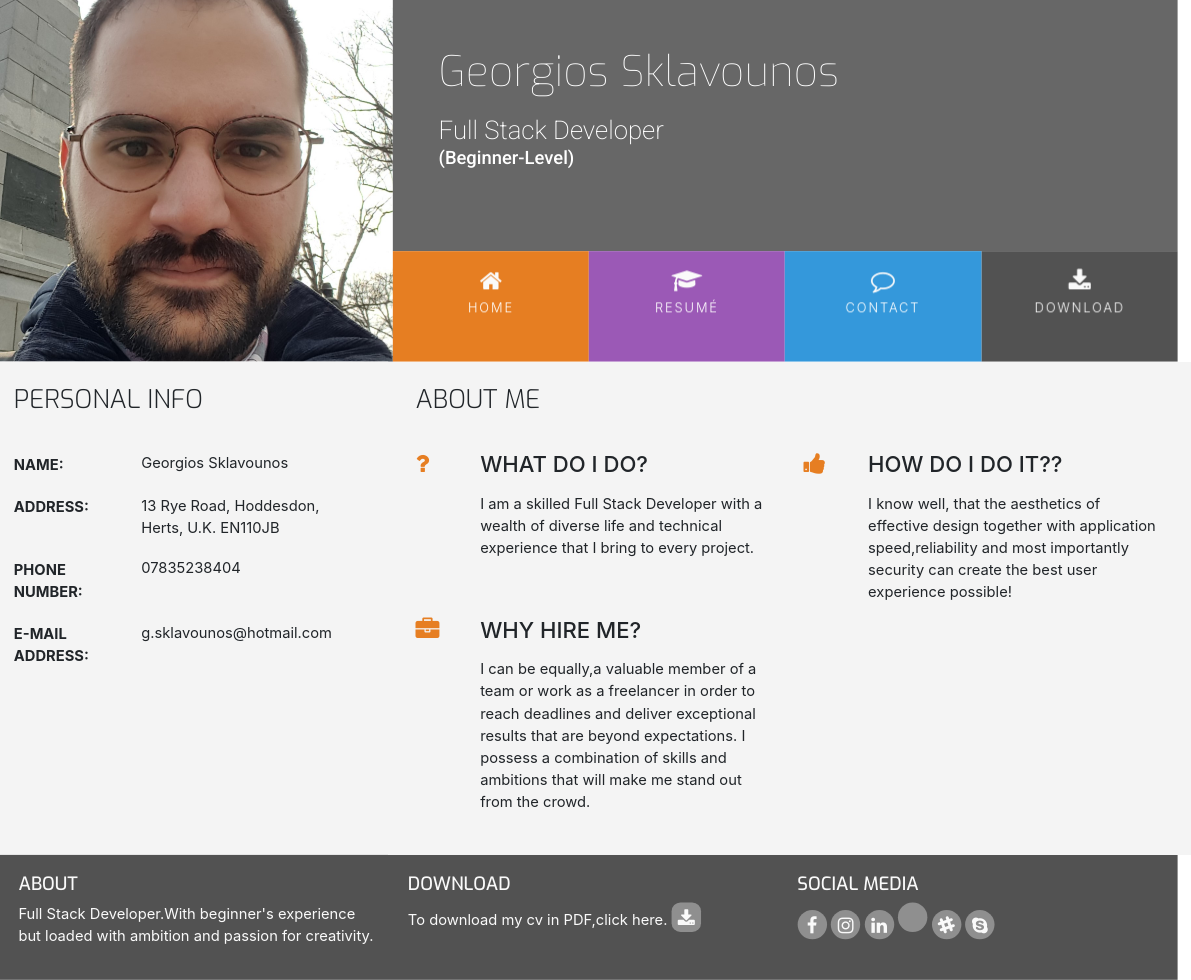
Repository: GeorgiosSklav/MyResume
Page: index.html
The author's editor kept a record of every edit. The page is drawn from the files as they stood at one moment, then again after the next edit.
The browser window is 1280 px wide. The page is 1295 px wide, so the pictures cover 1295 px, including what lies to the right of the window. The pictures show the whole page, at 92% of full size.

Above is the page before.

### index.html
<!DOCTYPE html>
<html lang="en">

<head>
    <meta charset="UTF-8">
    <meta name="viewport" content="width=device-width, initial-scale=1.0">
    <meta http-equiv="X-UA-Compatible" content="ie=edge">
    <link rel="stylesheet" href="https://stackpath.bootstrapcdn.com/bootstrap/4.3.1/css/bootstrap.min.css" type="text/css" />
    <link rel="stylesheet" href="https://stackpath.bootstrapcdn.com/font-awesome/4.7.0/css/font-awesome.min.css" type="text/css" />
    <link rel="stylesheet" href="assets/css/style.css" type="text/css" />
    <link rel="stylesheet" href="https://cdnjs.cloudflare.com/ajax/libs/hover.css/2.3.1/css/hover-min.css" type="text/css" />
    <title>Georgios Sklavounos resume</title>
</head>

<body>
    <header>
        <div class="row no-gutters">
            <a href="index.html" class="col-md-4 logo">

            </a>
            <div class="col-md-8">
                <div class="row no-gutters bg-color-name-title">
                    <div class="col heading">
                        <h1 class="name">Georgios Sklavounos</h1>
                        <h2 class="title">Full Stack Developer<span><h5>(Beginner-Level)</h5></span></h2>
                    </div>
                </div>
                <div class="row no-gutters">
                    <div class="col">
                        <ul id="nav" class="list-inline menucontainer">
                            <li class="col-6 col-sm-3 color-home list-inline-item menu-item">
                                <a href="index.html" class="hvr-sweep-to-right"><i class="fa fa-home" aria-hidden="true"></i><span>Home</span></a>
                            </li>
                            <li class="col-6 col-sm-3 color-resume list-inline-item menu-item">
                                <a href="resume.html" class="hvr-sweep-to-left"><i class="fa fa-graduation-cap" aria-hidden="true"></i><span>Resumé</span></a>
                            </li>
                            <li class="col-6 col-sm-3 color-contact list-inline-item menu-item">
                                <a href="contact.html" class="hvr-sweep-to-right"><i class="fa fa-comment-o" aria-hidden="true"></i><span>Contact</span></a>
                            </li>
                            <li class="col-6 col-sm-3 color-download list-inline-item menu-item">
                                <a href="assets/cv/cv2019.pdf" target="_bla" class="hvr-sweep-to-left"><i class="fa fa-download" aria-hidden="true"></i><span>Download</span></a>
                            </li>
                        </ul>
                    </div>
                </div>
            </div>
    </header>
    <setion class="container-fluid">
        <div class="row">
            <div class="col-md-4 bg-color-personal-info section-column">
                <div class="row">
                    <div class="col-12">
                        <h3 class="section-heading uppercase">Personal Info</h3>
                    </div>
                </div>
                <div class="personal-info-item">
                    <div class="key">
                        <p class="uppercase">Name:</p>
                    </div>
                    <div class="value">
                        <p>Georgios Sklavounos</p>
                    </div>
                </div>
                <div class="personal-info-item">
                    <div class="key">
                        <p class="uppercase">Address:</p>
                    </div>
                    <div class="value">
                        <p>13 Rye Road, Hoddesdon, Herts, U.K. EN110JB</p>
                    </div>
                </div>
                 <div class="personal-info-item">
                    <div class="key">
                        <p class="uppercase">Phone Number:</p>
                    </div>
                    <div class="value">
                        <p>07835238404</p>
                    </div>
                </div>
                 <div class="personal-info-item">
                    <div class="key">
                        <p class="uppercase">E-mail address:</p>
                    </div>
                    <div class="value">
                        <p>g.sklavounos@hotmail.com</p>
                    </div>
                </div>
            </div>
            <div class="col-md-8 bg-color-three-reasons section-column">
                <div class="row">
                    <div class="col">
                        <h3 class="section-heading uppercase">About Me</h3>
                    </div>
                </div>
                <div class="row">
                    <div class="col-10 offset-1 offset-sm-0 col-sm-4 col-md-6">
                        <div class="row">
                            <div class="col-2">
                                <i class="three-reasons-icon fa fa-question" aria-hidden="true"></i>
                            </div>
                            <div class="col-10">
                                <h4 class="three-reason-heading uppercase">What do I do?</h4>
                                <p>I am a skilled Full Stack Developer with a wealth of diverse life and technical experience that I bring to every project.</p>
                            </div>
                        </div>
                    </div>
                    <div class="col-10 offset-1 offset-sm-0 col-sm-4 col-md-6">
                        <div class="row">
                            <div class="col-2">
                                <i class="three-reasons-icon fa fa-thumbs-up" aria-hidden="true"></i>
                            </div>
                            <div class="col-10">
                                <h4 class="three-reason-heading uppercase">How do I do it??</h4>
                                <p>I know well, that the aesthetics of effective design together with application speed,reliability and most importantly security can create the best user experience possible!</p>
                            </div>
                        </div>
                    </div>
                    <div class="col-10 offset-1 offset-sm-0 col-sm-4 col-md-6">
                        <div class="row">
                            <div class="col-2">
                                <i class="three-reasons-icon fa fa-briefcase" aria-hidden="true"></i>
                            </div>
                            <div class="col-10">
                                <h4 class="three-reason-heading uppercase">Why hire me?</h4>
                                <p>I can be equally,a valuable member of a team or work as a freelancer in order to reach deadlines and deliver exceptional results that are beyond expectations. I possess a combination of skills and ambitions that will make
                                    me stand out from the crowd.</p>
                            </div>
                        </div>
                    </div>
                </div>
            </div>
        </div>
    </setion>
    <footer class="container-fluid">
        <div class="row" id="footer-details">
            <div class="col-sm-4">
                <h5 class="uppercase general-sub">About</h5>
                <p class="inline-block">
                    Full Stack Developer.With beginner's experience but loaded with ambition and passion for creativity.
                </p>
            </div>
            <div class="col-sm-4">
                <h5 class="uppercase general-sub">Download</h5>
                <p class="inline-block">
                    To download my cv in PDF,click here.
                    <a href="assets/cv/cv2019.pdf" target="_blank" class="cv-pdf">
                        <i class="fa fa-download" aria-hidden="true"></i>
                        <span class="sr-only">Download icon.</span>
                    </a>
                </p>
            </div>
            <div class="col-sm-4">
                <h5 class="uppercase general-sub">Social Media</h5>
                <ul class="list-inline social-links">
                    <li class="list-inline-item">
                        <a target="_blank" href="http://facebook.com/George.Sklavounos">
                            <i class="fa fa-facebook"></i>
                            <span class="sr-only">Facebook</span>
                        </a>
                    </li>
                    <li class="list-inline-item">
                        <a target="_blank" href="https://www.instagram.com/accounts/login/?next=%2Fgeorge.sklav%2F&source=follow">
                            <i class="fa fa-instagram"></i>
                            <span class="sr-only">Instagram</span>
                        </a>
                    </li>
                    <li class="list-inline-item">
                        <a target="_blank" href="https://www.linkedin.com/in/george-sklavounos/">
                            <i class="fa fa-linkedin"></i>
                            <span class="sr-only">Linked-In</span>
                        </a>
                    </li>
                    <li class="list-inline-item">
                        <a target="_blank" href="https://www.linkedin.com/in/george-sklavounos/">
                            <i class="fa fa-git-hub"></i>
                            <span class="sr-only">GitHub</span>
                        </a>
                    </li>
                    <li class="list-inline-item">
                        <a target="_blank" href="https://app.slack.com/client/T0L30B202/DM2THR46Q/user_profile/ULRV111M0">
                            <i class="fa fa-slack"></i>
                            <span class="sr-only">Slack</span>
                        </a>
                    </li>
                    <li class="list-inline-item">
                        <a target="_blank" href="https://join.skype.com/invite/bTDV2cszpnzZ">
                            <i class="fa fa-skype"></i>
                            <span class="sr-only">Skype</span>
                        </a>
                    </li>
                </ul>
            </div>
        </div>
    </footer>
</body>

</html>

### assets/css/style.css
@import url('https://fonts.googleapis.com/css?family=Roboto:100,200,300,400,500,600,700|Exo:100,200,300,400,500,600,700');



/*-------------------------colours*/

.bg-color-name-title {
    background-color: #676767;
}

.color-home {
    background-color: #e67e22;
}

.color-resume {
    background-color: #9b59b6;
}

.color-contact {
    background-color: #3498db;
}

.color-download {
    background-color: #525252;
}

.bg-color-three-reasons {
    background-color: #f4f4f4;
}

.bg-color-personal-info {
    background-color: #f4f4f4;
}

.bg-color-work-history {
    background-color: #9b59b6;
}

.bg-color-contact {
    background-color: #fff;
}


/*---------------------------------Paddings,texts,etc*/

h1,
h2,
h3,
h4 {
    margin: 0;
}

.uppercase {
    text-transform: uppercase;
}

.general-sub {
    font-family: "Exo", sans-serif;
    color: #fafafa;
}

.inline-block {
    display: inline-block;
}

.row-table {
    display: table;
}

.section-column {
    display: table-cell;
    padding: 0 30px 30px;
    float: none;
}

.history-heading,
.section-heading {
    font-family: "Exo", sans-serif;
    font-weight: 300;
    margin-top: 25px;
    margin-bottom: 40px;
}

/*----------------------Container-fluid*/

.container-fluid {
    width: 100%;
    padding: 0;
    padding-bottom: 0;
    margin-right: auto;
    margin-left: auto;
}

/*----------------------heading*/

header {
    margin: 0;
}

.heading {
    margin-left: 50px;
}

.logo {
    background: url("../images/pic2.jpg");
    background-position: center;
    background-repeat: no-repeat;
    background-size: cover;
    min-height: 360px;
    transition: all 0.5s ease-in-out;
    -moz-transition: all 0.5s ease-in-out;
    -webkit-transition: all 0.5s ease-in-out;

}

.name {
    font-family: "Exo", sans-serif;
    font-weight: 100;
    font-size: 46px;
    margin-top: 50px;
    color: #fff;
}

.title {
    font-family: "Roboto", sans-serif;
    font-weight: 200;
    font-size: 28px;
    margin-top: 20px;
    margin-bottom: 90px;
    color: #fff;
}

.list-inline-item:not(:last-child) {
    margin: 0;
}

.menucontainer {
    font-size: 0;
}

#nav {
    margin: 0;
}

#nav li {
    font-size: 14px;
    padding: 0;
}

.menu-item {
    height: 120px;
    text-align: center;
    padding: 0;
}

.menu-item a {
    width: 100%;
    text-decoration: none;
    color: #fff;
    height: 120px;
}

.menu-item a i {
    padding-top: 20px;
    display: block;
    color: #fafafa;
    font-size: 26px;
}

.menu-item span {
    display: block;
    width: 100%;
    padding-top: 5px;
    text-align: center;
    text-transform: uppercase;
    font-size: 14px;
    font-weight: 300;
    letter-spacing: 2px;
}

/*--------------------------hover style*/

.hvr-sweep-to-right:before {
    background: rgb(0, 0, 0);
    height: 120px;
}

.hvr-sweep-to-left:before {
    background: rgba(0, 0, 0, 0.2);
    height: 120px;
}

/*---------------------------------footer*/

footer {
    background-color: #525252;
    color: #fafafa;
    min-height: 120px;
    margin: 0;
}

.social-links i {
    width: 32px;
    height: 32px;
    padding: 12px 0;
    border-radius: 50%;
    font-size: 20px;
    line-height: 10px;
    text-align: center;
    color: #fafafa;
    background: #8f8f8f;
    transition: all 0.35s ease-in-out;
    -moz-transition: all 0.35s ease-in-out;
    -o-transition: all 0.35s ease-in-out;
    -webkit-transition: all 0.35s ease-in-out;

}

.cv-pdf i {
    /*font-size: 19px;
    text-align: center;
    color: #fafafa;
    padding-left: 5px;
    transition: all 0.35s ease-in-out;
    -moz-transition: all 0.35s ease-in-out;
    -o-transition: all 0.35s ease-in-out;
    -webkit-transition: all 0.35s ease-in-out;*/
    width: 32px;
    height: 32px;
    padding: 12px 0;
    border-radius: 30%;
    font-size: 20px;
    line-height: 10px;
    text-align: center;
    color: #fafafa;
    background: #8f8f8f;
    transition: all 0.35s ease-in-out;
    -moz-transition: all 0.35s ease-in-out;
    -o-transition: all 0.35s ease-in-out;
    -webkit-transition: all 0.35s ease-in-out;


}

.cv-pdf i:hover {
    color: #e84610;
}

.social-links i:hover {
    color: #8f8f8f;
    background: #e84610;
}

#footer-details {
    padding: 20px;
}

/*----------------------three-reasons*/

.three-reasons-icon {
    font-size: 26px;
    color: #e67e22;
}

.three-reason-heading {
    margin-bottom: 15px;
}

/*----------------------personal-info*/

.personal-info-item {
    margin-bottom: 20px;
    display: block;
    clear: both;
}

.personal-info-item .key,
.personal-info-item .value {
    padding-right: 8px;
    display: inline-block;
}

.personal-info-item .key p,
.personal-info-item .value p {
    margin: 0;
}

.personal-info-item .key {
    width: 30%;
    margin-right: 21px;
    padding-top: 2px;
    vertical-align: top;
}

.personal-info-item .key p {
    font-weight: 700;
}

.personal-info-item .value {
    width: 60%;
    position: relative;
}

/*----------------------skills*/

.progress {
    position: relative;
    height: 25px;
    margin-bottom: 4px;
}

.progress-type {
    position: absolute;
    left: 0;
    font-weight: 400;
    padding: 3px 30px 3px 10px;
    color: #fafafa;
    background-color: rgba(25, 25, 25, 0.2);
}

.progress-section {
    margin: 35px 5px 30px 7px;
}

/*----------------------history-heading*/

.history-heading {
    color: #fafafa;
    margin-bottom: 50px;
}

.timeline-item {
    padding: 4em 3em 0em 2em;
    position: relative;
    color: #fafafa;
    border-left: solid 1px;
}

.timeline-item p {
    padding: 0;
    margin: 0;
}

.timeline-item:before {
    content: attr(data-dates);
    position: absolute;
    left: 2.5em;
    top: 3em;
    display: block;
    font-family: "Exo", sans-serif;
    font-weight: 500;
    font-size: 0.8em;
    padding: 0;
    margin: 0;
}

.timeline-item:after {
    width: 12px;
    height: 12px;
    display: block;
    top: 2.4em;
    position: absolute;
    left: -6px;
    border-radius: 50%;
    content: '';
    background-color: #fafafa;
}

.history-items {
    margin-bottom: 30px;
}

/*---------------------------------Contact-form*/

.contact-heading {
    font-family: "Exo", sans-serif;
    font-weight: 300;
    margin-top: 25px;
    margin-bottom: 20px;
}

.center-form {
    padding-top: 10px;
    margin: 0 auto;
    max-width: 70%;
}

button[type="submit"] {
    margin-bottom: 20px;
    margin-top: 13px;
    color: #fff;
    background-color: #1e90ff;
}

/*---------------------------------Media queries for PC*/

@media(min-width: 992px) {
    .center-form {
        padding-top: 30px;
        min-height: 240px;
        margin: 0 auto;
        max-width: 50%;}
    }

After the next edit:
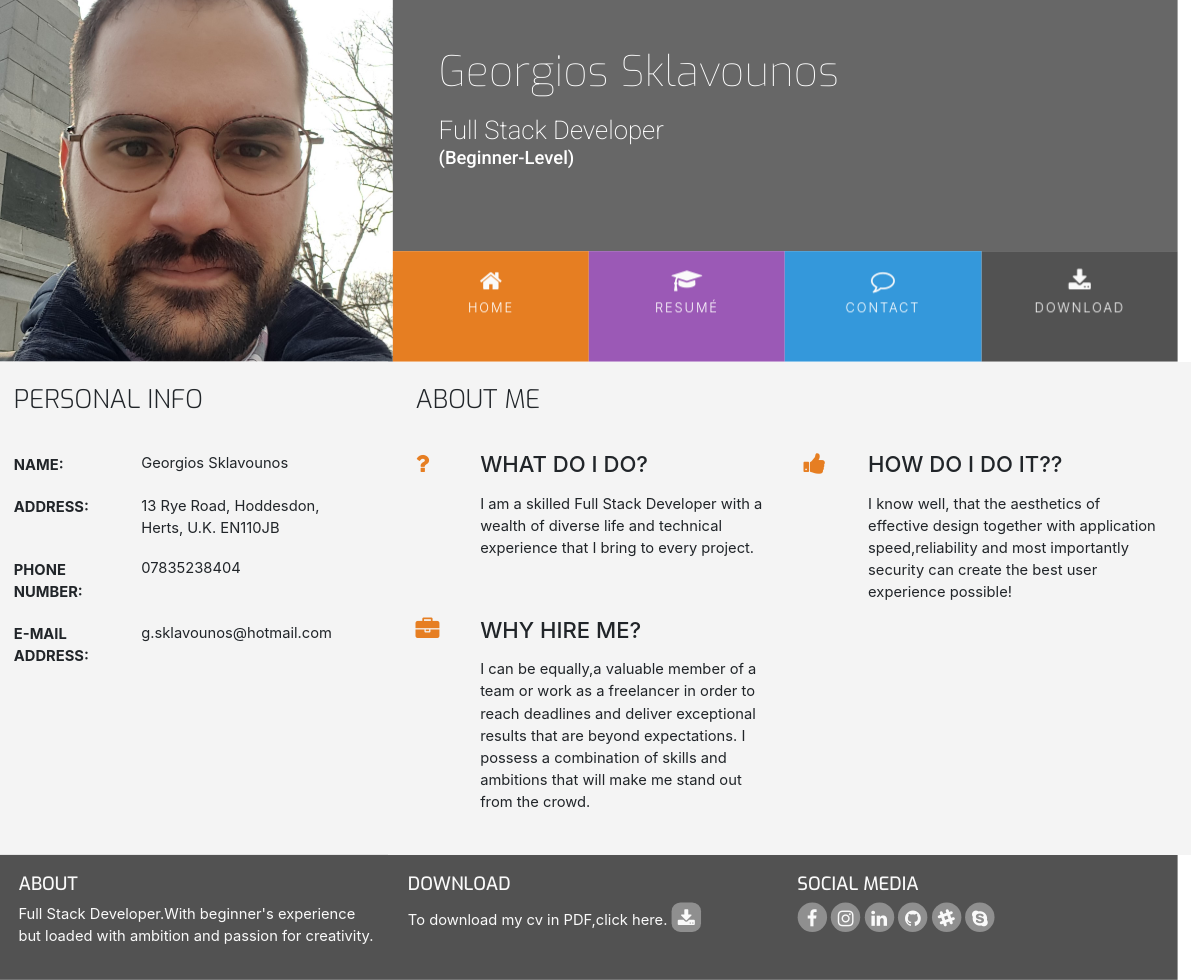
The edit:
--- a/index.html
+++ b/index.html
@@ -171,8 +171,8 @@
                         </a>
                     </li>
                     <li class="list-inline-item">
-                        <a target="_blank" href="https://www.linkedin.com/in/george-sklavounos/">
-                            <i class="fa fa-git-hub"></i>
+                        <a target="_blank" href="https://github.com/GeorgiosSklav">
+                            <i class="fa fa-github"></i>
                             <span class="sr-only">GitHub</span>
                         </a>
                     </li>
